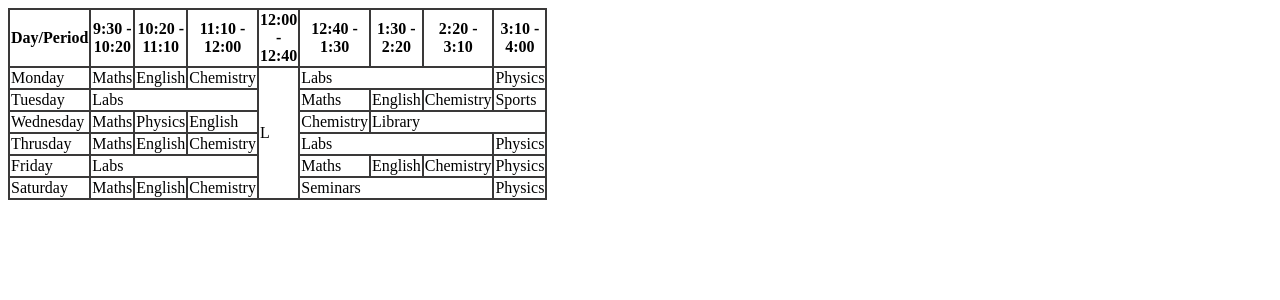
Repository: nir-github01/Html
Page: assign1-table.html
The author's editor kept a copy of each file at every save. The page is drawn from the files as they stood at one save, then again after the next save.
The browser window is 1280 px wide. The pictures show the whole page.

Above is the page before, as saved 2022-09-27 20:01:36.

### assign1-table.html
<!DOCTYPE html>
<html lang="en">
<head>
    <meta charset="UTF-8">
    <meta http-equiv="X-UA-Compatible" content="IE=edge">
    <meta name="viewport" content="width=device-width, initial-scale=1.0">
    <title>Time-table</title>
    <style>
        table{
            border: 2px solid rgb(58, 57, 57);
            border-collapse: collapse;
        }
        td, th{
            border: 2px solid rgb(58, 57, 57);
            border-collapse: collapse;
            width: 30px;
            height: 12px;
        }
    </style>
</head>
<body>
    <table>
        <thead>
            <tr>
        <th>Day/Period</th>
        <th>9:30 - 10:20</th>
        <th>10:20 - 11:10</th>
        <th>11:10 - 12:00</th>
        <th>12:00 - 12:40</th>
        <th>12:40 - 1:30</th>
        <th>1:30 - 2:20</th>
        <th>2:20 - 3:10</th>
        <th>3:10 - 4:00</th>
    </tr>
        </thead>
        <tbody>

            <tr>
                <td>Monday</td>
                <td>Maths</td>
                <td>English</td>
                <td>Chemistry</td>
                <td rowspan="6"><p >L</p></td>
                <td colspan="3">Labs</td>
                <td>Physics</td>

            </tr>
            <tr>
                <td>Tuesday</td>
                <td colspan="3">Labs</td>
                <td>Maths</td>
                <td>English</td>
                <td>Chemistry</td>

                <td>Sports</td>
            </tr>
            <tr>
                <td>Wednesday</td>
                <td>Maths</td>
                <td>Physics</td>
                <td>English</td>

                <td>Chemistry</td>
                <td colspan="3">Library</td>
            </tr>
            <tr>
                <td>Thrusday</td>
                <td>Maths</td>
                <td>English</td>
                <td>Chemistry</td>
               <td colspan="3">Labs</td>
                <td>Physics</td>
            </tr>
            <tr>
                <td>Friday</td>
                <td colspan="4">Labs</td>
                <td>Maths</td>
                <td>English</td>
                <td>Chemistry</td>
                <td>Physics</td>
            </tr>
            <tr>
                <td>Saturday</td>
                <td>Maths</td>
                <td>English</td>
                <td>Chemistry</td>
                <td colspan="3">Seminars</td>
                <td>Physics</td>

            </tr>

        </tbody>

    </table>
</body>
</html>

After the next save:
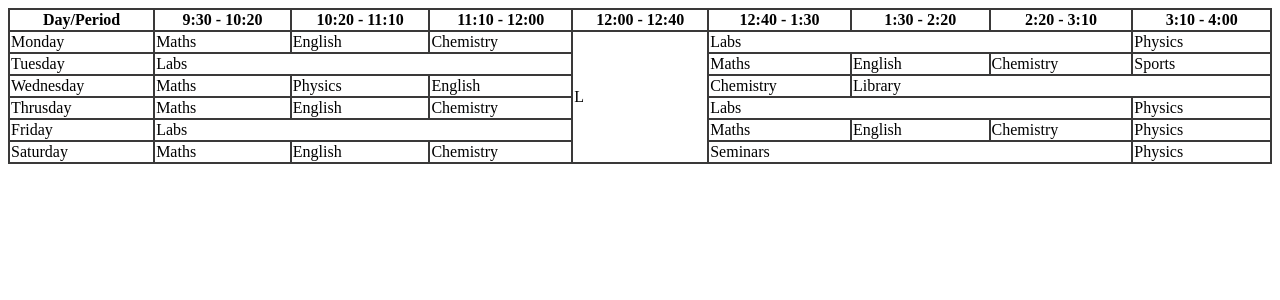
Saved 22 s later.
--- a/assign1-table.html
+++ b/assign1-table.html
@@ -13,7 +13,7 @@
         td, th{
             border: 2px solid rgb(58, 57, 57);
             border-collapse: collapse;
-            width: 30px;
+            width: 10rem;
             height: 12px;
         }
     </style>
